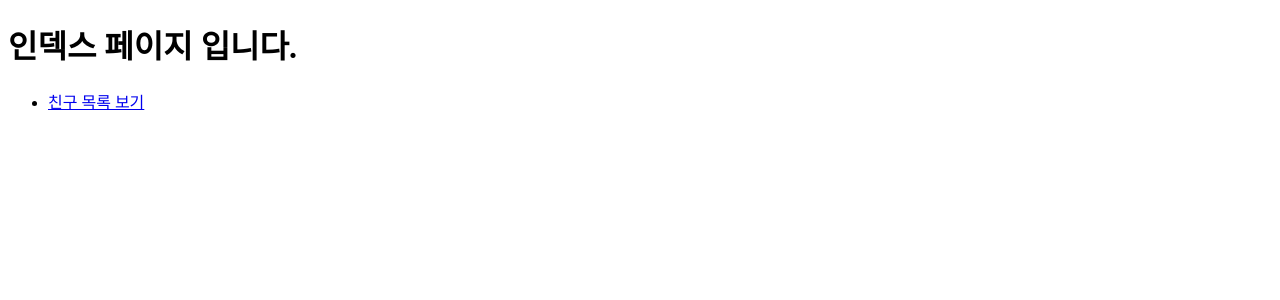
Repository: smj1219/servlet_study
Page: Step01_Servlet/src/main/webapp/index.html
The author's editor kept a copy of each file at every save. The page is drawn from the files as they stood at one save, then again after the next save.
The browser window is 1280 px wide. The pictures show the whole page.

Above is the page before, as saved 2024-06-04 07:13:56.

After the next save:
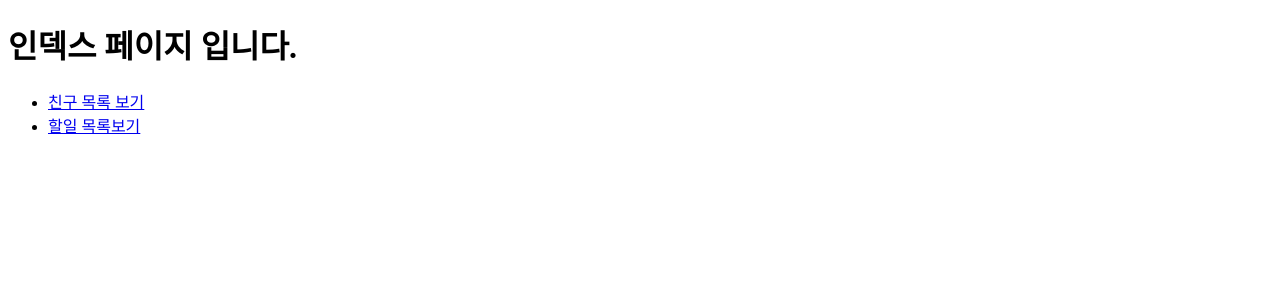
Saved 3 s later.
--- a/Step01_Servlet/src/main/webapp/index.html
+++ b/Step01_Servlet/src/main/webapp/index.html
@@ -9,6 +9,7 @@
 		<h1>인덱스 페이지 입니다.</h1>
 		<ul>
 			<li><a href="friend/list">친구 목록 보기</a></li>
+			<li><a href="todo/list">할일 목록보기</a></li>
 		</ul>
 	</div>
 
